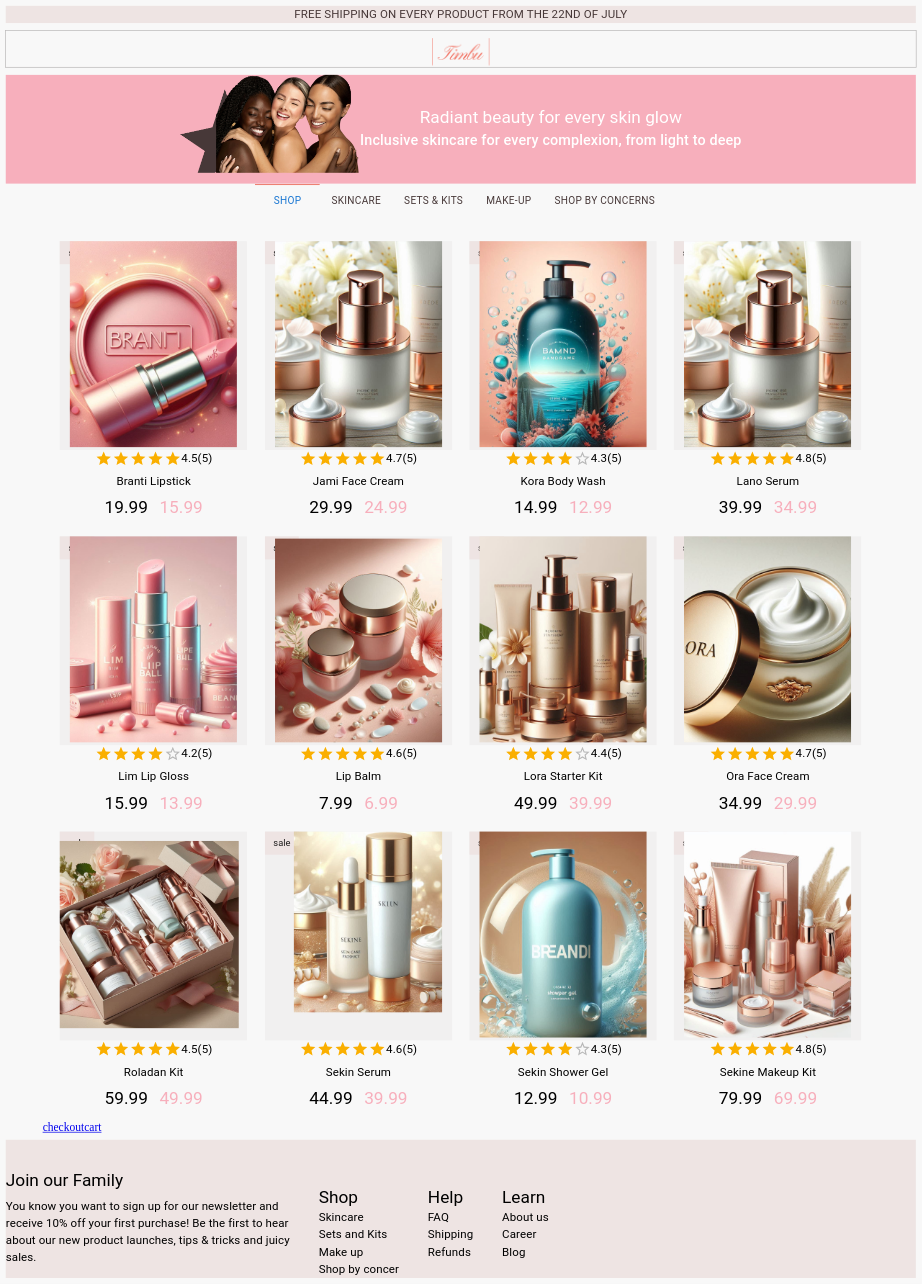
Repository: Armstrong2035/hng-project-two
Page: / (app in timbu-store/)
The author's editor kept a copy of each file at every save. The page is drawn from the files as they stood at one save, then again after the next save.
The browser window is 1280 px wide. The pictures show the whole page, at 72% of full size.
The project was rebuilt for these pictures with package versions that can differ from the ones it lists, and the page was loaded fresh each time. The framework's server and built-in components were replaced by stand-ins that run in the browser. Also part of the build but not shown: timbu-store/next.config.mjs, timbu-store/components/Products/Filters.js.

Above is the page before, as saved 2024-07-09 04:01:00.

After the next save:
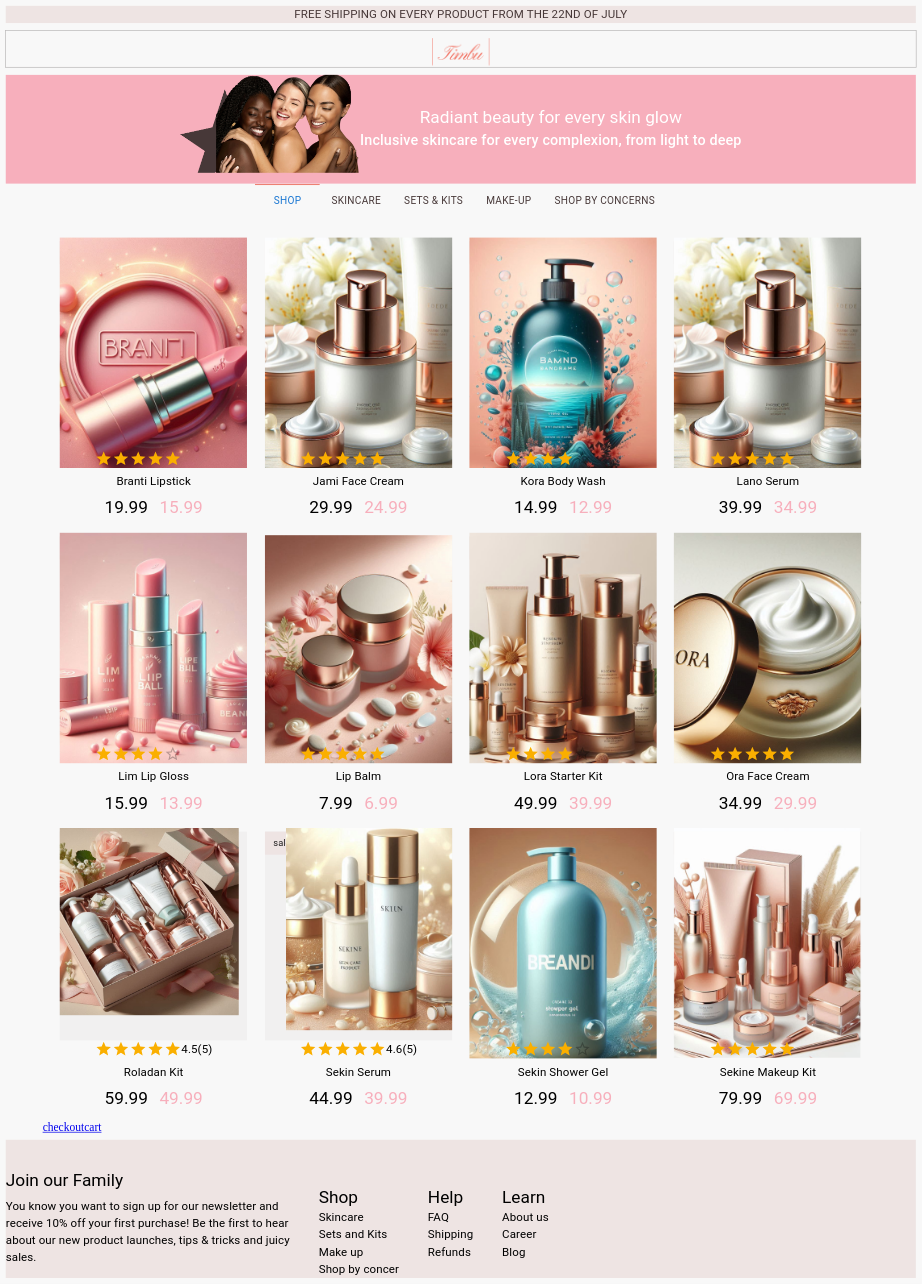
Saved 24 s later.
--- a/timbu-store/components/Products/ProductList.js
+++ b/timbu-store/components/Products/ProductList.js
@@ -65,8 +65,8 @@
 
                 <div
                   style={{
-                    width: "300",
-                    height: "300",
+                    width: "300px",
+                    height: "300px",
                     position: "relative",
                     padding: "10px, 10px",
                   }}

After the save that followed:
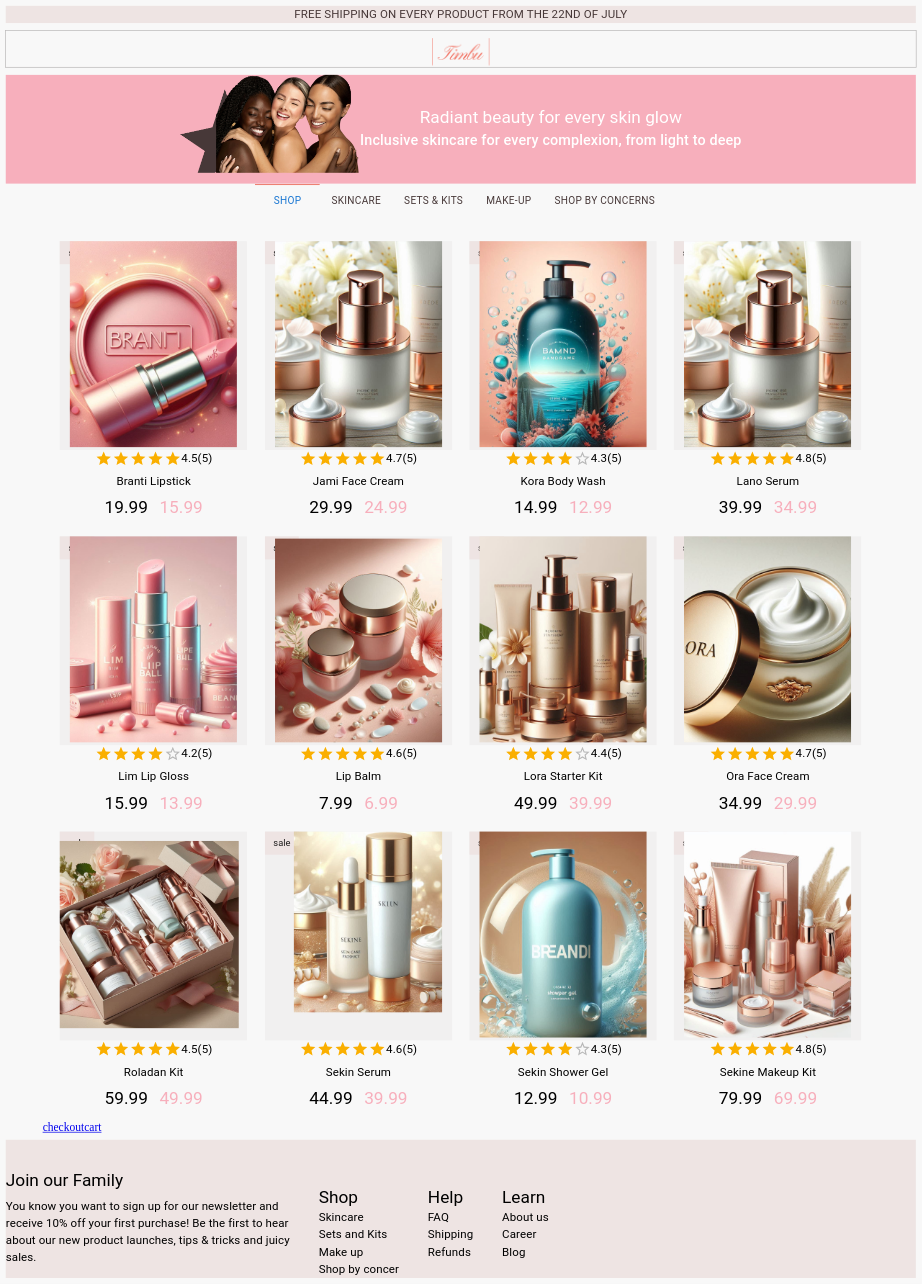
Saved 18 s later.
--- a/timbu-store/components/Products/ProductList.js
+++ b/timbu-store/components/Products/ProductList.js
@@ -65,8 +65,8 @@
 
                 <div
                   style={{
-                    width: "300px",
-                    height: "300px",
+                    width: "300",
+                    height: "300",
                     position: "relative",
                     padding: "10px, 10px",
                   }}
